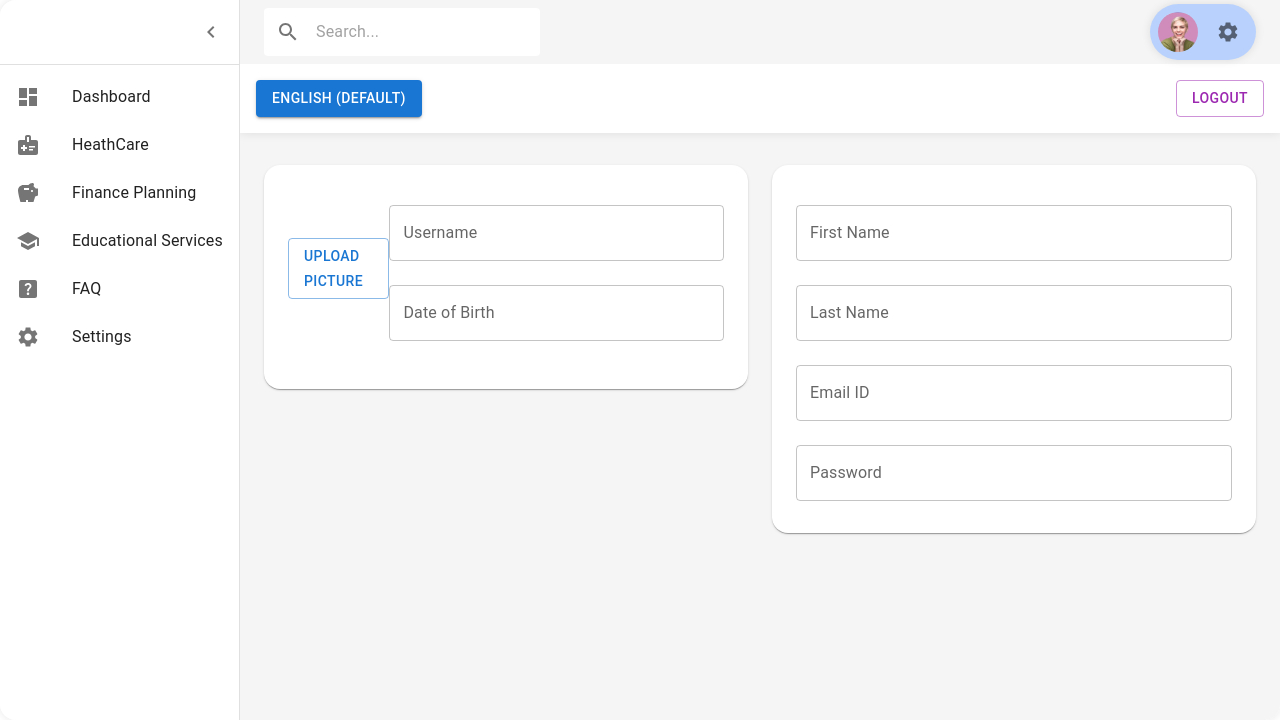
Repository: shubhampirate/TIAA_Retirement_hackathon
Page: /
The author's editor kept a copy of each file at every save. The page is drawn from the files as they stood at one save, then again after a run of saves.
The browser window is 1280 px wide. The pictures show the whole page.
An inner scrolling area shows only its first screen. The project was rebuilt for these pictures with package versions that can differ from the ones it lists, and the page was loaded fresh each time. Also part of the build but not shown: src/Components/CustomButton.jsx, src/Components/Navbar.jsx, src/Components/Properties.jsx, src/Components/Footer.jsx, src/Components/Hero.jsx, src/pages/Sign_In.jsx, src/Components/GaugeChart.jsx, src/Components/Deposits.jsx and 2 more.

Above is the page before, as saved 2023-11-15 19:55:45.

### src/index.css
@import url("https://fonts.googleapis.com/css2?family=Poppins:wght@400;500;700&display=swap");

* {
  margin: 0;
  padding: 0;
  box-sizing: border-box;
  font-family: "Poppins", sans-serif;
}

body {
  margin: 0;
  -webkit-font-smoothing: antialiased;
  -moz-osx-font-smoothing: grayscale;
}

code {
  font-family: source-code-pro, Menlo, Monaco, Consolas, "Courier New",
    monospace;
}

### src/App.jsx
import Hero from "./Components/Hero";
import SignIn from "./pages/Sign_In";
// import Dashboard from "./Components/Dashboard";
// import GaugeChart from "./Components/GaugeChart"
import Health from "./Components/Health";

function App() {
  return (
    <>
      {/* <Hero /> */}
      {/* <SignIn/> */}
      {/* <Dashboard /> */}
      <Health/>
      {/* <GaugeChart />  */}
    </>
  );
}

export default App;

### src/Components/Health.jsx
import * as React from 'react';
import { styled, createTheme, ThemeProvider } from '@mui/material/styles';
import CssBaseline from '@mui/material/CssBaseline';
import MuiDrawer from '@mui/material/Drawer';
import Box from '@mui/material/Box';
import MuiAppBar from '@mui/material/AppBar';
import Toolbar from '@mui/material/Toolbar';
import List from '@mui/material/List';
import Typography from '@mui/material/Typography';
import Divider from '@mui/material/Divider';
import IconButton from '@mui/material/IconButton';
// import Badge from '@mui/material/Badge';
import Container from '@mui/material/Container';
import Grid from '@mui/material/Grid';
import Paper from '@mui/material/Paper';
// import Link from '@mui/material/Link';
import MenuIcon from '@mui/icons-material/Menu';
import ChevronLeftIcon from '@mui/icons-material/ChevronLeft';
// import NotificationsIcon from '@mui/icons-material/Notifications';
import SettingsIcon from '@mui/icons-material/Settings';
import { mainListItems } from './listItems';
// import Chart from './Chart';
import Deposits from './Deposits';
import TextField from '@mui/material/TextField';

import heroImg_4 from "../media/img_4.jpeg";
import Button from '@mui/material/Button';
import LinearProgress from '@mui/material/LinearProgress';
import YourComponent from './YourComponent';
import SearchIcon from '@mui/icons-material/Search';

import InputBase from '@mui/material/InputBase';



  const Title = styled(Typography)(({ theme }) => ({
    fontSize: "25px",
    color: "#042A57",
    fontWeight: "bold",
    textAlign: "left",
    margin: theme.spacing(4, 0, 4, 0),
    [theme.breakpoints.down("sm")]: {
      fontSize: "30px",
    },
  }));
const drawerWidth = 240;

const AppBar = styled(MuiAppBar, {
  shouldForwardProp: (prop) => prop !== 'open',
})(({ theme, open }) => ({
  zIndex: theme.zIndex.drawer + 1,
  transition: theme.transitions.create(['width', 'margin'], {
    easing: theme.transitions.easing.sharp,
    duration: theme.transitions.duration.leavingScreen,
  }),
  ...(open && {
    marginLeft: drawerWidth,
    width: `calc(100% - ${drawerWidth}px)`,
    transition: theme.transitions.create(['width', 'margin'], {
      easing: theme.transitions.easing.sharp,
      duration: theme.transitions.duration.enteringScreen,
    }),
  }),
}));


const ProgressBarBox = ({ title, value }) => {
    let indicatorText = '';
    let color = '';

    if (value <= 30) {
      indicatorText = 'Less';
      color = '#BDFF7B';
    } else if (value <= 70) {
      indicatorText = 'Nearby Full';
      color = '#FFE779';
    } else {
      indicatorText = 'Completely Full';
      color = '#FC8965';
    }

    return (
      <Grid item xs={12} sm={6} md={4}>
        <Paper
          sx={{
            p: 2,
            display: 'flex',
            flexDirection: 'column',
            alignItems: 'center',
            borderRadius: '16px',
          }}
        >
          <Typography variant="h6" sx={{ mb: 1, color: "#0066FF" }}>
            {title}
          </Typography>
          <LinearProgress
          variant="determinate"
          value={value}
          sx={{
            width: '100%',
            height: '12px',
            borderRadius: '8px',
            backgroundColor: '#f0f0f0',
            marginBottom: '8px',
            '& .MuiLinearProgress-bar': {
              backgroundColor: color,
            },
          }}
        />

          <Box
          sx={{
            display: 'flex',
            justifyContent: 'space-between',
            width: '100%',

          }}
        >
          <Typography variant="body2">{indicatorText}</Typography>
          <Typography variant="body2">{value}%</Typography>
        </Box>
        </Paper>
      </Grid>
    );
  };
const Drawer = styled(MuiDrawer, { shouldForwardProp: (prop) => prop !== 'open' })(
  ({ theme, open }) => ({
    '& .MuiDrawer-paper': {
      position: 'relative',
      whiteSpace: 'nowrap',
      width: drawerWidth,
      transition: theme.transitions.create('width', {
        easing: theme.transitions.easing.sharp,
        duration: theme.transitions.duration.enteringScreen,
      }),
      boxSizing: 'border-box',
      ...(!open && {
        overflowX: 'hidden',
        transition: theme.transitions.create('width', {
          easing: theme.transitions.easing.sharp,
          duration: theme.transitions.duration.leavingScreen,
        }),
        width: theme.spacing(7),
        [theme.breakpoints.up('sm')]: {
          width: theme.spacing(9),
        },
      }),
    },
  }),
);

// TODO remove, this demo shouldn't need to reset the theme.
const defaultTheme = createTheme();

export default function Health() {
  const [open, setOpen] = React.useState(true);
  const toggleDrawer = () => {
    setOpen(!open);
  };

  return (
    <ThemeProvider theme={defaultTheme}>
      <Box sx={{ display: 'flex', borderRadius: '16px', overflow: 'hidden', boxShadow: '0px 0px 10px rgba(0, 0, 0, 0.1)' }} >
        <CssBaseline />

<AppBar position="absolute" open={open} sx={{ backgroundColor: "whitesmoke", boxShadow: 'none' }}>
  <Toolbar
    sx={{
      pr: '24px', // keep right padding when drawer closed
      display: 'flex',
      alignItems: 'center',
      justifyContent: 'space-between',
    }}
  >
    <Box sx={{ display: 'flex', alignItems: 'center' }}>
      <IconButton
        edge="start"
        aria-label="open drawer"
        onClick={toggleDrawer}
        sx={{
          marginRight: '36px',
          ...(open && { display: 'none' }),
          backgroundColor: "#fff"
        }}
      >
        <MenuIcon  />
      </IconButton>

      {/* Search tab */}
      <Box sx={{ display: 'flex', alignItems: 'center', backgroundColor: 'white', borderRadius: '4px', padding: '4px' }}>
        <IconButton>
          <SearchIcon />
        </IconButton>
        <InputBase
          placeholder="Search..."
          sx={{ ml: 1 }}
        />
      </Box>

    </Box>

    <Box sx={{ display: 'flex', alignItems: 'center', backgroundColor: '#B9D2FD', boxShadow: '0px 0px 10px rgba(0, 0, 0, 0.1)', borderRadius: '40px', padding: '8px' }}>
      {/* User profile image */}
      <img
        src={heroImg_4}
        alt="User Profile"
        style={{ borderRadius: '50%', width: '40px', height: '40px', marginRight: '10px' }}
      />

      {/* Settings button */}
      <IconButton>
        <SettingsIcon />
      </IconButton>
    </Box>
  </Toolbar>
</AppBar>

        <Drawer variant="permanent" open={open}>
          <Toolbar
            sx={{
              display: 'flex',
              alignItems: 'center',
              justifyContent: 'flex-end',
              px: [1],
            }}
          >
            <IconButton onClick={toggleDrawer}>
              <ChevronLeftIcon />
            </IconButton>
          </Toolbar>
          <Divider />
          <List component="nav">
            {mainListItems}
            {/* <Divider sx={{ my: 1 }} /> */}
            {/* {secondaryListItems} */}
          </List>
        </Drawer>
        <Box
          component="main"
          sx={{
            backgroundColor: (theme) =>
              theme.palette.mode === 'light'
                ? theme.palette.grey[100]
                : theme.palette.grey[900],
            flexGrow: 1,
            height: '100vh',
            overflow: 'auto',

          }}
        >
          <Toolbar />
          {/* </Container> */}
          {/* Start Here */}
          <Box
    sx={{
      display: 'flex',
      justifyContent: 'space-between',
      alignItems: 'center',
      padding: '16px',
      backgroundColor: '#fff',
      boxShadow: '0px 0px 10px rgba(0, 0, 0, 0.1)',
    }}
  >
    {/* Language Button */}
    <Button variant="contained" color="primary">
      English (default)
    </Button>
    {/* Logout Button */}
    <Button variant="outlined" color="secondary">
      Logout
    </Button>
  </Box>

  {/* Two Columns Layout */}
  <Container sx={{ mt: 4 }}>
    <Grid container spacing={3}>
      {/* Left Column */}
      <Grid item xs={12} md={6}>
        <Paper sx={{ p: 3, borderRadius: '16px' }}>
          {/* Editable Account Picture, Username, and DOB */}
          <Box sx={{ display: 'flex', alignItems: 'center', mb: 2 }}>
            <input
              type="file"
              accept="image/*"
              style={{
                display: 'none',
              }}
              id="account-pic-input"
            />
            <label htmlFor="account-pic-input">
              <Button variant="outlined" component="span">
                Upload Picture
              </Button>
            </label>
            <div>
              <TextField
                label="Username"
                variant="outlined"
                fullWidth
                margin="normal"
              />
              <TextField
                label="Date of Birth"
                variant="outlined"
                fullWidth
                margin="normal"
              />
            </div>
          </Box>
        </Paper>
      </Grid>

      {/* Right Column */}
      <Grid item xs={12} md={6}>
        <Paper sx={{ p: 3, borderRadius: '16px' }}>
          {/* Editable First Name, Last Name, Email, and Password */}
          <Box>
            <TextField
              label="First Name"
              variant="outlined"
              fullWidth
              margin="normal"
            />
            <TextField
              label="Last Name"
              variant="outlined"
              fullWidth
              margin="normal"
            />
            <TextField
              label="Email ID"
              variant="outlined"
              fullWidth
              margin="normal"
            />
            <TextField
              label="Password"
              type="password"
              variant="outlined"
              fullWidth
              margin="normal"
            />
          </Box>
        </Paper>
      </Grid>
    </Grid>
  </Container>
</Box>
        </Box>
      {/* </Box> */}
    </ThemeProvider>
  );
}

### src/Components/listItems.jsx
import * as React from 'react';
import ListItemButton from '@mui/material/ListItemButton';
import ListItemIcon from '@mui/material/ListItemIcon';
import ListItemText from '@mui/material/ListItemText';
import DashboardIcon from '@mui/icons-material/Dashboard';
import MedicalInformationIcon from '@mui/icons-material/MedicalInformation';
import SavingsIcon from '@mui/icons-material/Savings';
import SchoolIcon from '@mui/icons-material/School';
import HelpCenterIcon from '@mui/icons-material/HelpCenter';
import SettingsIcon from '@mui/icons-material/Settings';


export const mainListItems = (
  <React.Fragment>
    <ListItemButton>
      <ListItemIcon>
        <DashboardIcon />
      </ListItemIcon>
      <ListItemText primary="Dashboard" />
    </ListItemButton>
    <ListItemButton>
      <ListItemIcon>
        <MedicalInformationIcon />
      </ListItemIcon>
      <ListItemText primary="HeathCare" />
    </ListItemButton>
    <ListItemButton>
      <ListItemIcon>
        <SavingsIcon />
      </ListItemIcon>
      <ListItemText primary="Finance Planning" />
    </ListItemButton>
    <ListItemButton>
      <ListItemIcon>
        <SchoolIcon />
      </ListItemIcon>
      <ListItemText primary="Educational Services" />
    </ListItemButton>
    <ListItemButton>
      <ListItemIcon>
        <HelpCenterIcon />
      </ListItemIcon>
      <ListItemText primary="FAQ" />
    </ListItemButton>
    <ListItemButton>
      <ListItemIcon>
        <SettingsIcon />
      </ListItemIcon>
      <ListItemText primary="Settings" />
    </ListItemButton>
  </React.Fragment>
);

// export const secondaryListItems = (
//   <React.Fragment>
//     <ListSubheader component="div" inset>
//       Saved reports
//     </ListSubheader>
//     <ListItemButton>
//       <ListItemIcon>
//         <AssignmentIcon />
//       </ListItemIcon>
//       <ListItemText primary="Current month" />
//     </ListItemButton>
//     <ListItemButton>
//       <ListItemIcon>
//         <AssignmentIcon />
//       </ListItemIcon>
//       <ListItemText primary="Last quarter" />
//     </ListItemButton>
//     <ListItemButton>
//       <ListItemIcon>
//         <AssignmentIcon />
//       </ListItemIcon>
//       <ListItemText primary="Year-end sale" />
//     </ListItemButton>
//   </React.Fragment>
// );

Loaded but not shown: public/index.html (common file); src/index.js (common file)

After the next 2 saves:
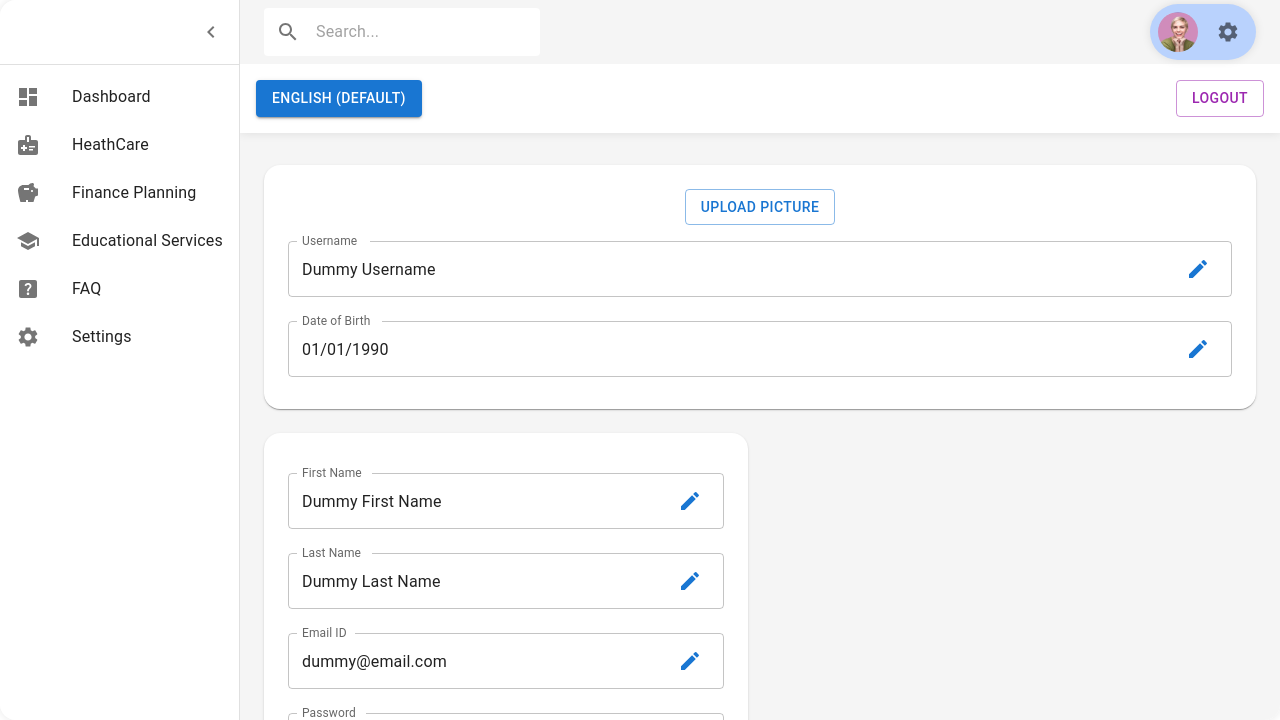
The 2 saves are shown as one change because 1 did not build or start.
The last was saved 7 min 15 s later.
--- a/src/Components/Health.jsx
+++ b/src/Components/Health.jsx
@@ -1,4 +1,5 @@
-import * as React from 'react';
+// import * as React from 'react';
+import React, { useState } from 'react';
 import { styled, createTheme, ThemeProvider } from '@mui/material/styles';
 import CssBaseline from '@mui/material/CssBaseline';
 import MuiDrawer from '@mui/material/Drawer';
@@ -22,6 +23,7 @@ import { mainListItems } from './listItems';
 // import Chart from './Chart';
 import Deposits from './Deposits';
 import TextField from '@mui/material/TextField';
+import EditIcon from '@mui/icons-material/Edit';
 
 import heroImg_4 from "../media/img_4.jpeg";
 import Button from '@mui/material/Button';
@@ -30,7 +32,6 @@ import YourComponent from './YourComponent';
 import SearchIcon from '@mui/icons-material/Search';
 
 import InputBase from '@mui/material/InputBase';
-
 
 
   const Title = styled(Typography)(({ theme }) => ({
@@ -153,7 +154,29 @@ const Drawer = styled(MuiDrawer, { shouldForwardProp: (prop) => prop !== 'open'
 const defaultTheme = createTheme();
 
 export default function Health() {
-  const [open, setOpen] = React.useState(true);
+    const [isEditing, setIsEditing] = useState(false);
+    const [userData, setUserData] = useState({
+      username: 'Dummy Username',
+      dob: '01/01/1990',
+      firstName: 'Dummy First Name',
+      lastName: 'Dummy Last Name',
+      email: 'dummy@email.com',
+      password: '********',
+    });
+
+    const handleEdit = (field) => {
+      setIsEditing(!isEditing);
+    };
+
+    const handleChange = (field, value) => {
+      setUserData((prevData) => ({
+        ...prevData,
+        [field]: value,
+      }));
+    };
+
+    const [open, setOpen] = React.useState(true);
+
   const toggleDrawer = () => {
     setOpen(!open);
   };
@@ -271,14 +294,14 @@ export default function Health() {
     </Button>
   </Box>
 
-  {/* Two Columns Layout */}
+  {/* Single Column Layout */}
   <Container sx={{ mt: 4 }}>
     <Grid container spacing={3}>
-      {/* Left Column */}
-      <Grid item xs={12} md={6}>
+      {/* Single Column */}
+      <Grid item xs={12}>
         <Paper sx={{ p: 3, borderRadius: '16px' }}>
           {/* Editable Account Picture, Username, and DOB */}
-          <Box sx={{ display: 'flex', alignItems: 'center', mb: 2 }}>
+          <Box sx={{ display: 'flex', flexDirection: 'column', alignItems: 'center' }}>
             <input
               type="file"
               accept="image/*"
@@ -292,20 +315,34 @@ export default function Health() {
                 Upload Picture
               </Button>
             </label>
-            <div>
-              <TextField
-                label="Username"
-                variant="outlined"
-                fullWidth
-                margin="normal"
-              />
-              <TextField
-                label="Date of Birth"
-                variant="outlined"
-                fullWidth
-                margin="normal"
-              />
-            </div>
+            <TextField
+              label="Username"
+              variant="outlined"
+              fullWidth
+              margin="normal"
+              defaultValue="Dummy Username"
+              InputProps={{
+                endAdornment: (
+                  <IconButton color="primary" onClick={() => handleEdit('username')}>
+                    <EditIcon />
+                  </IconButton>
+                ),
+              }}
+            />
+            <TextField
+              label="Date of Birth"
+              variant="outlined"
+              fullWidth
+              margin="normal"
+              defaultValue="01/01/1990"
+              InputProps={{
+                endAdornment: (
+                  <IconButton color="primary" onClick={() => handleEdit('dob')}>
+                    <EditIcon />
+                  </IconButton>
+                ),
+              }}
+            />
           </Box>
         </Paper>
       </Grid>
@@ -320,18 +357,42 @@ export default function Health() {
               variant="outlined"
               fullWidth
               margin="normal"
+              defaultValue="Dummy First Name"
+              InputProps={{
+                endAdornment: (
+                  <IconButton color="primary" onClick={() => handleEdit('firstName')}>
+                    <EditIcon />
+                  </IconButton>
+                ),
+              }}
             />
             <TextField
               label="Last Name"
               variant="outlined"
               fullWidth
               margin="normal"
+              defaultValue="Dummy Last Name"
+              InputProps={{
+                endAdornment: (
+                  <IconButton color="primary" onClick={() => handleEdit('lastName')}>
+                    <EditIcon />
+                  </IconButton>
+                ),
+              }}
             />
             <TextField
               label="Email ID"
               variant="outlined"
               fullWidth
               margin="normal"
+              defaultValue="dummy@email.com"
+              InputProps={{
+                endAdornment: (
+                  <IconButton color="primary" onClick={() => handleEdit('email')}>
+                    <EditIcon />
+                  </IconButton>
+                ),
+              }}
             />
             <TextField
               label="Password"
@@ -339,6 +400,14 @@ export default function Health() {
               variant="outlined"
               fullWidth
               margin="normal"
+              defaultValue="********"
+              InputProps={{
+                endAdornment: (
+                  <IconButton color="primary" onClick={() => handleEdit('password')}>
+                    <EditIcon />
+                  </IconButton>
+                ),
+              }}
             />
           </Box>
         </Paper>
